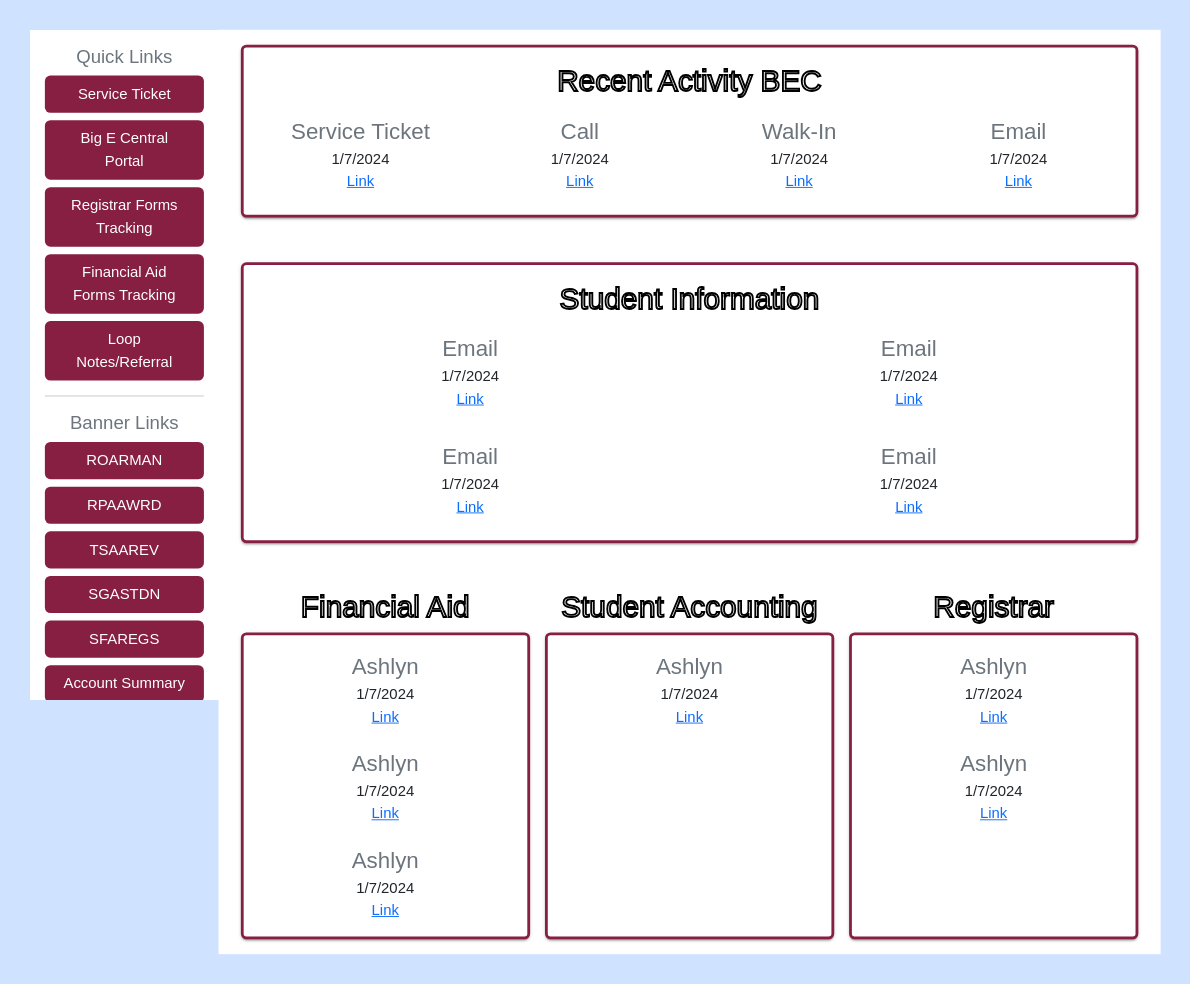
Repository: chancellor-w-whitaker/bec-tab
Page: /
These files come from the project's save history. The page is drawn as it stood at one moment and after the next save; the edit follows.
The browser window is 1280 px wide. The pictures show the whole page, at 93% of full size.
Some web fonts or font styles are not loaded; a fallback is used. The project was rebuilt for these pictures with package versions that can differ from the ones it lists, and the page was loaded fresh each time. Also part of the build but not shown: vite.config.js.

Above is the page before, as saved 2024-01-07 22:35:34.

After the next save:
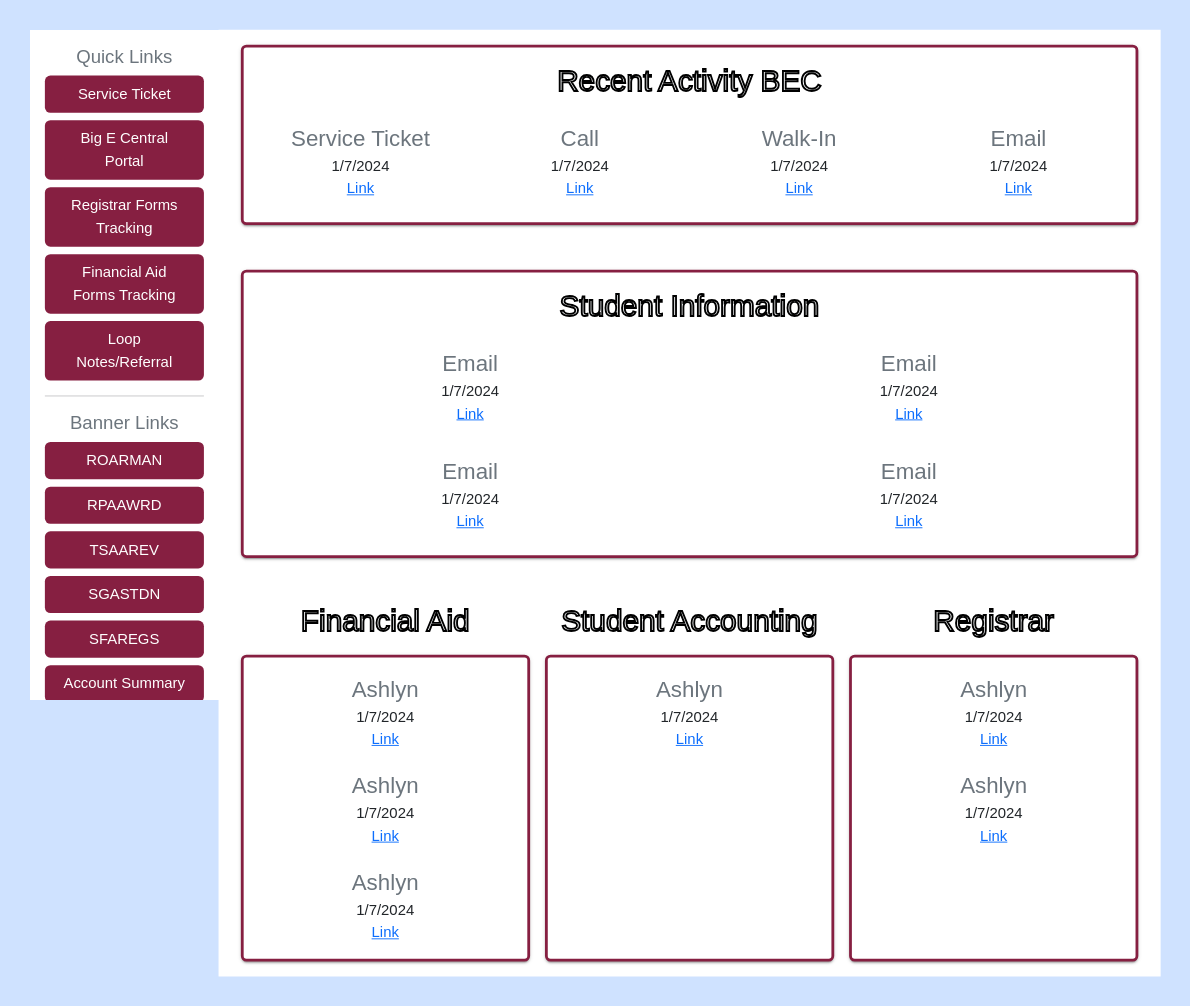
Saved 8 s later.
--- a/src/App.jsx
+++ b/src/App.jsx
@@ -41,7 +41,7 @@ const SomeBlock = ({
 const ShadowyTitle = ({ children = "Placeholder", className = "" }) => {
   return (
     <div
-      className={`fs-2 text-outline lh-sm text-light ${className}`.trimEnd()}
+      className={`h2 text-outline lh-sm text-light ${className}`.trimEnd()}
       // style={{ textShadow: `1px 1px 2px ${ekuMaroon}` }}
     >
       {children}
